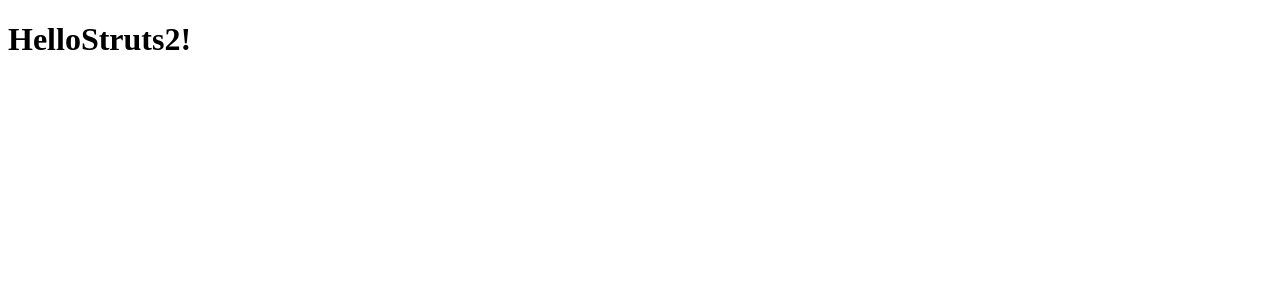
Repository: cha-git/test
Page: http://localhost/WebProj2/hello.jsp
These files come from the project's save history. The page is drawn as it stood at one moment and after the next save; the edit follows.
The browser window is 1280 px wide. The pictures show the whole page.
The page is served by Tomcat 9. Other server files are loaded and not shown.

Above is the page before, as saved 2018-12-14 09:21:28.

### WebProj2/WebContent/hello.jsp
<%@ page language="java" contentType="text/html; charset=UTF-8"
    pageEncoding="UTF-8"%>
<%@ taglib prefix="s" uri="/struts-tags" %>
<!DOCTYPE html PUBLIC "-//W3C//DTD HTML 4.01 Transitional//EN" "http://www.w3.org/TR/html4/loose.dtd">
<html>
<head>
	<meta http-equiv="Content-Type" content="text/html; charset=UTF-8">
	<title>HelloStruts</title>
</head>
<body>
<h1>HelloStruts2!</h1>
</body>
</html>

After the next save:
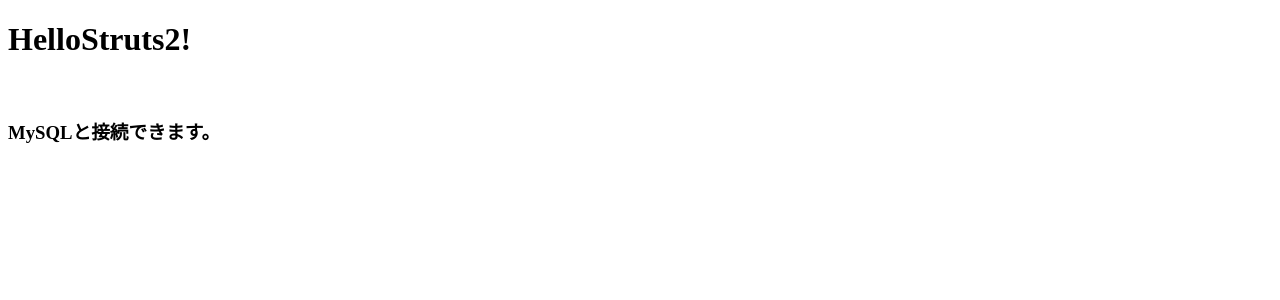
Saved 15 s later.
--- a/WebProj2/WebContent/hello.jsp
+++ b/WebProj2/WebContent/hello.jsp
@@ -9,5 +9,7 @@
 </head>
 <body>
 <h1>HelloStruts2!</h1>
+<br>
+<h3>MySQLと接続できます。</h3>
 </body>
 </html>
